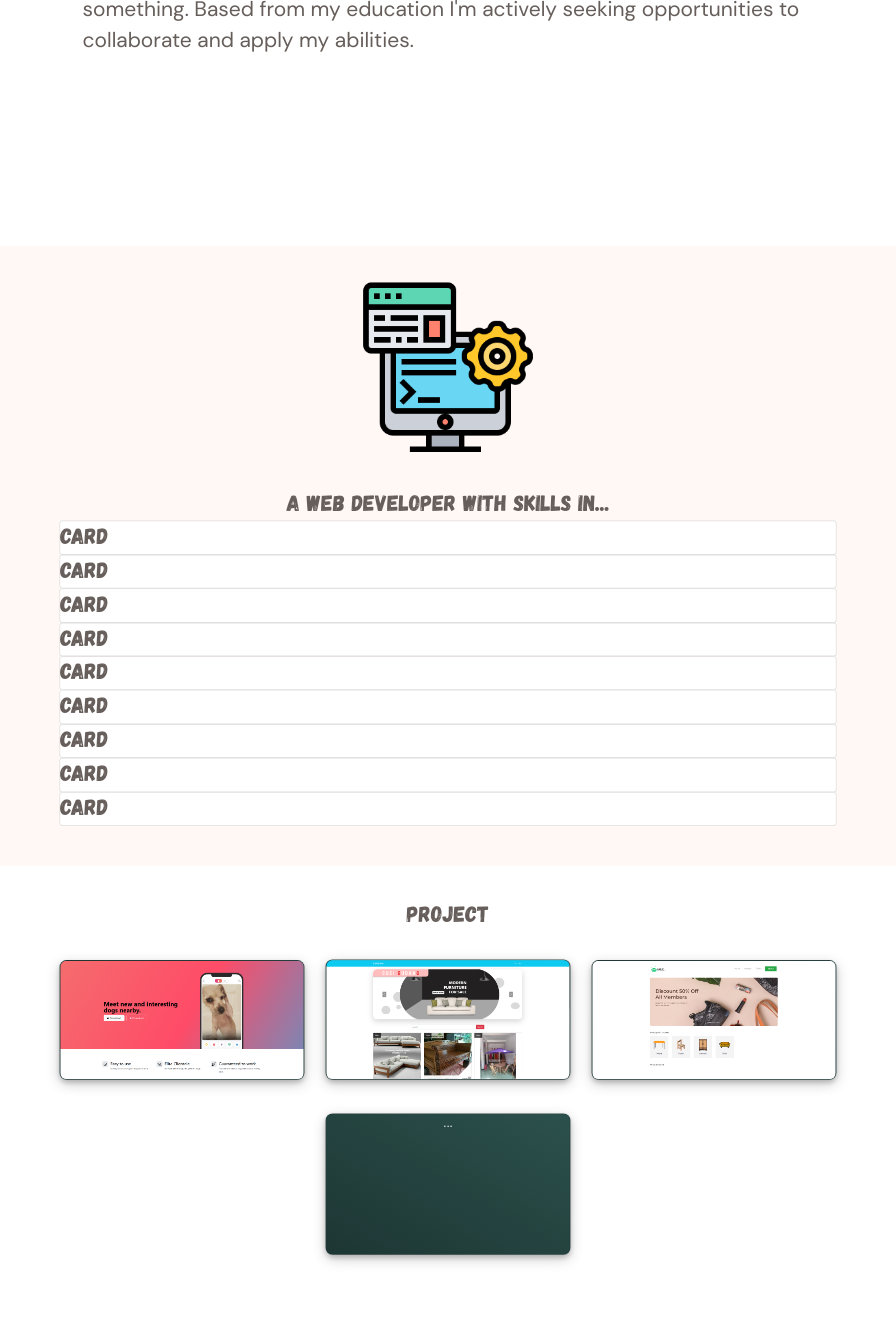
Repository: zetta-muhammad-asyrofuddien/Html-Css-ZettaCAmp
Page: Day1/Portofolio/index.html
These files come from the project's save history. The page is drawn as it stood at one moment and after the next save; the edit follows.
The browser window is 1280 px wide. The pictures show the part of the page from y = 1462 to 3382 px (the page is 3583 px tall), at 70% of full size.

Above is the page before, as saved 2023-07-07 07:01:58.

### Day1/Portofolio/index.html
<!DOCTYPE html>
<html lang="en">
  <head>
    <meta charset="utf-8" />
    <meta name="viewport" content="width=device-width, initial-scale=1" />
    <title>Portofolio Asyrof</title>
    <link href="https://cdn.jsdelivr.net/npm/bootstrap@5.2.3/dist/css/bootstrap.min.css" rel="stylesheet" integrity="sha384-rbsA2VBKQhggwzxH7pPCaAqO46MgnOM80zW1RWuH61DGLwZJEdK2Kadq2F9CUG65" crossorigin="anonymous" />
    <link rel="stylesheet" href="https://cdn.jsdelivr.net/npm/bootstrap@4.6.2/dist/css/bootstrap.min.css" integrity="sha384-xOolHFLEh07PJGoPkLv1IbcEPTNtaed2xpHsD9ESMhqIYd0nLMwNLD69Npy4HI+N" crossorigin="anonymous" />
    <link rel="stylesheet" type="text/css" href="./syle.css" />
  </head>
  <body>
    <!-- NAVBAR -->
    <section class="N">
      <div class="container">
        <nav class="navbar navbar-expand-lg navbar-light fixed-top navbar-about">
          <div class="container-fluid">
            <button class="navbar-toggler" type="button" data-bs-toggle="collapse" data-bs-target="#navbarNav" aria-controls="navbarNav" aria-expanded="false" aria-label="Toggle navigation">
              <span class="navbar-toggler-icon"></span>
            </button>
            <div class="collapse navbar-collapse" id="navbarNav">
              <ul class="navbar-nav mx-auto">
                <li class="nav-item">
                  <a class="nav-link" aria-current="page" href="#about">A b o u t</a>
                </li>
                <li class="nav-item">
                  <a class="nav-link" href="#skill">S K I L L S</a>
                </li>
                <li class="nav-item">
                  <a class="nav-link" href="#project">P r o j e c t</a>
                </li>
                <li class="nav-item">
                  <a class="nav-link" href="#">C o n t a c t</a>
                </li>
              </ul>
            </div>
          </div>
        </nav>
      </div>
    </section>

    <!-- Akhir Navbar -->

    <!-- Jumbotron -->
    <div class="jumbotron jumbotron-fluid text-align-center">
      <div class="container">
        <h1 class="display-3 nama">I'm Asyrofuddien</h1>
        <p class="lead job">Web Developer & UI/UX Desainer.</p>
        <a class="btn btn-primary see" href="#about">YOU CAN SEE ME</a>
      </div>
    </div>
    <!-- Akhir Jumbotron -->

    <!-- About -->
    <section id="about">
      <div class="container mb-5 py-auto about">
        <div class="d-flex align-items-center about-kanan text-center">
          <div class="row align-items-center">
            <img class="foto" src="./asset/img/foto.jpeg" alt="" />
            <h2 class="mb-5" style="color: #665e5a">WHO AM I ?</h2>
            <p class="deskripsi-saya px-5 text-left">
              Hello, My name is Muhammad Asyrofuddien. Final year student of informatic at Universitas Teknologi Yogyakarta, my major from college is web and mobile developer learn about how to make a web from nothing so something. Based
              from my education I'm actively seeking opportunities to collaborate and apply my abilities.
            </p>
          </div>
        </div>
      </div>
    </section>
    <!-- Akhir About -->
    <!-- Skill -->
    <section class="skill" id="skill">
      <div class="container">
        <div class="d-flex justify-content-center">
          <img class="mt-5" src="./asset/img/skill.png" alt="" width="250px" height="250px" />
        </div>
        <h2 class="text-center mt-5">A WEB Developer with skills in...</h2>
        <div class="scrolling-wrapper">
          <div class="card"><h2>Card</h2></div>
          <div class="card"><h2>Card</h2></div>
          <div class="card"><h2>Card</h2></div>
          <div class="card"><h2>Card</h2></div>
          <div class="card"><h2>Card</h2></div>
          <div class="card"><h2>Card</h2></div>
          <div class="card"><h2>Card</h2></div>
          <div class="card"><h2>Card</h2></div>
          <div class="card"><h2>Card</h2></div>
        </div>
      </div>
    </section>
    <!-- Akhir Skill -->
    <!-- Project -->
    <section class="project" id="project">
      <h2 class="text-center pt-5">Project</h2>
      <div class="container mt-5">
        <div class="row">
          <div class="col-4 d-flex align-items-center">
            <div class="card text-bg-dark" style="height: auto">
              <a href="https://asyrofuddien.github.io/capstone-ThinDog/">
                <span class="circle"></span>
                <img src="./asset/img/thindog.png" class="card-img" alt="..." />
                <div class="card-img-overlay text-center d-flex align-items-center">
                  <p class="card-text">Capstone Project Form Udemy</p>
                </div>
              </a>
            </div>
          </div>
          <div class="col-4 d-flex align-items-center">
            <div class="card text-bg-dark" style="height: auto">
              <a href="http://127.0.0.1:8000">
                <span class="circle"></span>
                <img src="./asset/img/Kameubel1.png" class="card-img" alt="..." />
                <div class="card-img-overlay text-center d-flex align-items-center">
                  <p class="card-text">K A M E U B E L (Seminar Tematik)</p>
                </div>
              </a>
            </div>
          </div>
          <div class="col-4 d-flex align-items-center">
            <div class="card text-bg-dark" style="height: auto">
              <a href="http://127.0.0.1:8000">
                <span class="circle"></span>
                <img src="./asset/img/kameubel2.png" class="card-img" alt="..." />
                <div class="card-img-overlay text-center d-flex align-items-center">
                  <p class="card-text">K A M E U B E L (Tugas Akhir)</p>
                </div>
              </a>
            </div>
          </div>
        </div>
        <div class="row mt-5">
          <div class="col-4 d-flex align-items-center"></div>
          <div class="col-4 d-flex align-items-center">
            <div class="card text-bg-dark" style="height: auto">
              <a href="https://asyrofuddien.github.io/capstone-ThinDog/"><span class="circle"></span></a>
              <span class="commingsoon text-center">...</span>
              <div class="card-img-overlay text-center d-flex align-items-center">
                <p class="card-text">COMING SOON</p>
              </div>
            </div>
          </div>
          <div class="col-4 d-flex align-items-center"></div>
        </div>
      </div>
    </section>
    <!-- Akhir Project -->
    <script src="https://cdn.jsdelivr.net/npm/@popperjs/core@2.11.6/dist/umd/popper.min.js" integrity="sha384-oBqDVmMz9ATKxIep9tiCxS/Z9fNfEXiDAYTujMAeBAsjFuCZSmKbSSUnQlmh/jp3" crossorigin="anonymous"></script>
    <script src="https://cdn.jsdelivr.net/npm/bootstrap@5.2.3/dist/js/bootstrap.min.js" integrity="sha384-cuYeSxntonz0PPNlHhBs68uyIAVpIIOZZ5JqeqvYYIcEL727kskC66kF92t6Xl2V" crossorigin="anonymous"></script>
  </body>
</html>
<script>
  // Menangani peristiwa klik pada menu navbar
  document.addEventListener('DOMContentLoaded', function () {
    const navLinks = document.querySelectorAll('.navbar-nav .nav-link');

    navLinks.forEach(function (navLink) {
      navLink.addEventListener('click', function (event) {
        event.preventDefault();

        const targetId = this.getAttribute('href'); // Mendapatkan ID target dari atribut href
        const targetSection = document.querySelector(targetId); // Mendapatkan elemen target dengan ID yang sesuai

        if (targetSection) {
          // Menggulirkan halaman ke bagian yang sesuai dengan animasi smooth scroll
          window.scrollTo({
            top: targetSection.offsetTop,
            behavior: 'smooth',
          });
        }
      });
    });
  });
  document.addEventListener('DOMContentLoaded', function () {
    const navbar = document.querySelector('.navbar');
    const aboutSection = document.querySelector('#about');
    const aboutSectionTop = aboutSection.offsetTop;

    function handleScroll() {
      if (window.pageYOffset >= aboutSectionTop) {
        navbar.classList.add('navbar-about');
      } else {
        navbar.classList.remove('navbar-about');
      }
    }

    window.addEventListener('scroll', handleScroll);
  });
</script>

### Day1/Portofolio/syle.css
@font-face {
  font-family: Gagalin;
  src: url(./asset/font/Gagalin-Regular.otf);
}
@font-face {
  font-family: Shrikhand;
  src: url(./asset/font/Shrikhand-Regular.ttf);
}
@font-face {
  font-family: dmSans;
  src: url(./asset/font/DMSans-Regular.ttf);
}
/* UMUM */
.navbar-about {
  background-color: #cf9378 !important;
  margin-bottom: 0;
  box-shadow: 0 4px 8px 0 rgba(0, 0, 0, 0.2), 0 6px 20px 0 rgba(0, 0, 0, 0.19);
  transition: background-color 0.3s ease;
  border-radius: 0 0 20px 20px;
}

.navbar-brand {
  font-family: Gagalin;
}
.navbar {
  border: none;
}
.nav-link {
  font-family: Gagalin;
  color: white;
  margin-right: 20px;
}

.jumbotron {
  background-image: url(./asset/img/wave.svg);
  background-size: cover;
  height: 885px;
  margin-top: -5px;
  margin-bottom: 0;
  border: none;
  text-align: center;
  box-shadow: 0 4px 8px 0 rgba(0, 0, 0, 0.2), 0 6px 20px 0 rgba(0, 0, 0, 0.19);
}

.nama {
  font-family: Shrikhand;
  color: white;
  text-align: center;
  margin-top: 150px;
  text-shadow: 2px 2px #fcca87;
}

.job {
  font-family: Shrikhand;
  color: #665e5a;
  text-align: center;
}
.see {
  background-color: #f89f7b;
  border-color: white;
  color: #fcca87;
  font-family: Shrikhand;
}
.see:hover {
  background-color: #665e5a;
  border-color: #fcca87;
}
h2.about {
  font-family: Gagalin;
}
section.who {
  background-color: #fff9f7;
  margin-top: 0%;
}
.about {
  height: 885px;
}
.about-kiri {
  border-radius: 0 10% 10% 0;
  text-shadow: 2px 2px #fcca87;
}
.about-kanan {
  font-family: Gagalin;
  text-align: center;
}
.deskripsi-saya {
  font-family: dmSans;
  font-size: 30px;
  margin-right: 20px;
  color: #665e5a;
}
.nav-link:hover::after {
  content: '';
  display: block;
  border-bottom: 3px solid #fcca87;
  width: 50%;
  margin: auto;
}
.foto {
  border-radius: 50%;
  height: 200px;
  width: 200px;
  align-items: center;
  margin: 0 auto;
  margin-top: 100px;
  margin-bottom: 50px;
}
.project {
  height: 885px;
}
.skill {
  background-color: #fff8f5;
  height: 885px;
}
.skill h2 {
  font-family: Gagalin;
  color: #665e5a;
}
.project h2 {
  font-family: Gagalin;
  color: #665e5a;
}
.project .card {
  height: 200px;
  width: 350px;
  background-image: linear-gradient(to right top, #1d3634, #2c514c);
  border-radius: 10px;
  overflow: hidden;
  position: relative;
  cursor: pointer;
  box-shadow: 0 4px 8px 0 rgba(0, 0, 0, 0.2), 0 6px 20px 0 rgba(0, 0, 0, 0.19);
}

.project .card .circle {
  position: absolute;
  height: 0;
  width: 0;
  background-color: #000000;
  opacity: 0.5;
  top: -60px;
  right: -60px;
  transition: all 0.5s;
}

.project.card:hover {
  transform: scale(1.1);
  transition: all 0.5s;
}
.project .card:hover .circle {
  height: 300px;
  width: 450px;
}
.card-img-overlay {
  opacity: 0;
  color: #ffffff;
  font-family: Shrikhand;
}
.card-img-overlay:hover {
  opacity: 100%;
  transition: all 0.5s;
}
.commingsoon {
  height: 200px;
}

/* DESKTOP VERSION */
@media (min-width: 992px) {
  /* Navbar */
}

### Day1/Portofolio/asset/img/wave.svg
<svg xmlns="http://www.w3.org/2000/svg" xmlns:xlink="http://www.w3.org/1999/xlink" width="1700" zoomAndPan="magnify" viewBox="0 0 1350 576" height="768" preserveAspectRatio="xMidYMid meet" version="1.0"><defs><clipPath id="88280995c8"><path d="M 0 269.25 L 1350 269.25 L 1350 576 L 0 576 Z M 0 269.25 " clip-rule="nonzero"/></clipPath></defs><rect x="-135" width="1620" fill="#ffffff" y="-57.6" height="691.2" fill-opacity="1"/><rect x="-135" width="1620" fill="#ffffff" y="-57.6" height="691.2" fill-opacity="1"/><rect x="-135" width="1620" fill="#cf9378" y="-57.6" height="691.2" fill-opacity="1"/><g clip-path="url(#88280995c8)"><path fill="#f89f7b" d="M 1413.945312 766.777344 L 1413.945312 429.453125 C 1392.21875 457.429688 1362.003906 480.527344 1328.867188 472.859375 C 1310.898438 468.695312 1296.257812 455.992188 1282.980469 443.210938 C 1245.734375 407.332031 1212.539062 367.136719 1172.433594 334.488281 C 1132.328125 301.84375 1083.167969 276.609375 1031.457031 277.875 C 979.046875 279.15625 931.078125 307.195312 889.472656 339.082031 C 847.867188 370.96875 809.414062 407.820312 762.789062 431.769531 C 700.933594 463.539062 626.5625 470.058594 560.113281 449.53125 C 452.628906 416.339844 374.265625 319.257812 267.050781 285.226562 C 230.175781 273.535156 191.179688 269.78125 152.492188 269.9375 C 121.945312 270.050781 90.679688 272.757812 62.820312 285.265625 C 29.9375 300.035156 4.472656 327.175781 -25.199219 347.640625 C -36.84375 355.675781 -50.003906 362.664062 -63.632812 367.253906 L -63.632812 766.796875 L 1413.945312 766.796875 Z M 1413.945312 766.777344 " fill-opacity="1" fill-rule="nonzero"/></g><path fill="#fcca87" d="M 1287.496094 584.535156 C 1259.617188 597.046875 1228.367188 599.75 1197.820312 599.867188 C 1159.136719 600.023438 1120.140625 596.289062 1083.265625 584.574219 C 976.050781 550.546875 897.6875 453.460938 790.199219 420.269531 C 723.753906 399.746094 649.378906 406.28125 587.527344 438.035156 C 540.898438 461.984375 502.449219 498.832031 460.84375 530.722656 C 419.238281 562.609375 371.265625 590.644531 318.855469 591.929688 C 267.144531 593.195312 217.988281 567.980469 177.882812 535.3125 C 137.773438 502.667969 104.582031 462.46875 67.335938 426.59375 C 54.058594 413.792969 39.417969 401.085938 21.449219 396.945312 C -11.6875 389.277344 -41.902344 412.371094 -63.632812 440.347656 L -63.632812 766.777344 L 1413.925781 766.777344 L 1413.925781 502.570312 C 1400.296875 507.160156 1387.136719 514.144531 1375.496094 522.179688 C 1345.84375 542.648438 1320.378906 569.769531 1287.496094 584.535156 Z M 1287.496094 584.535156 " fill-opacity="1" fill-rule="nonzero"/></svg>

After the next save:
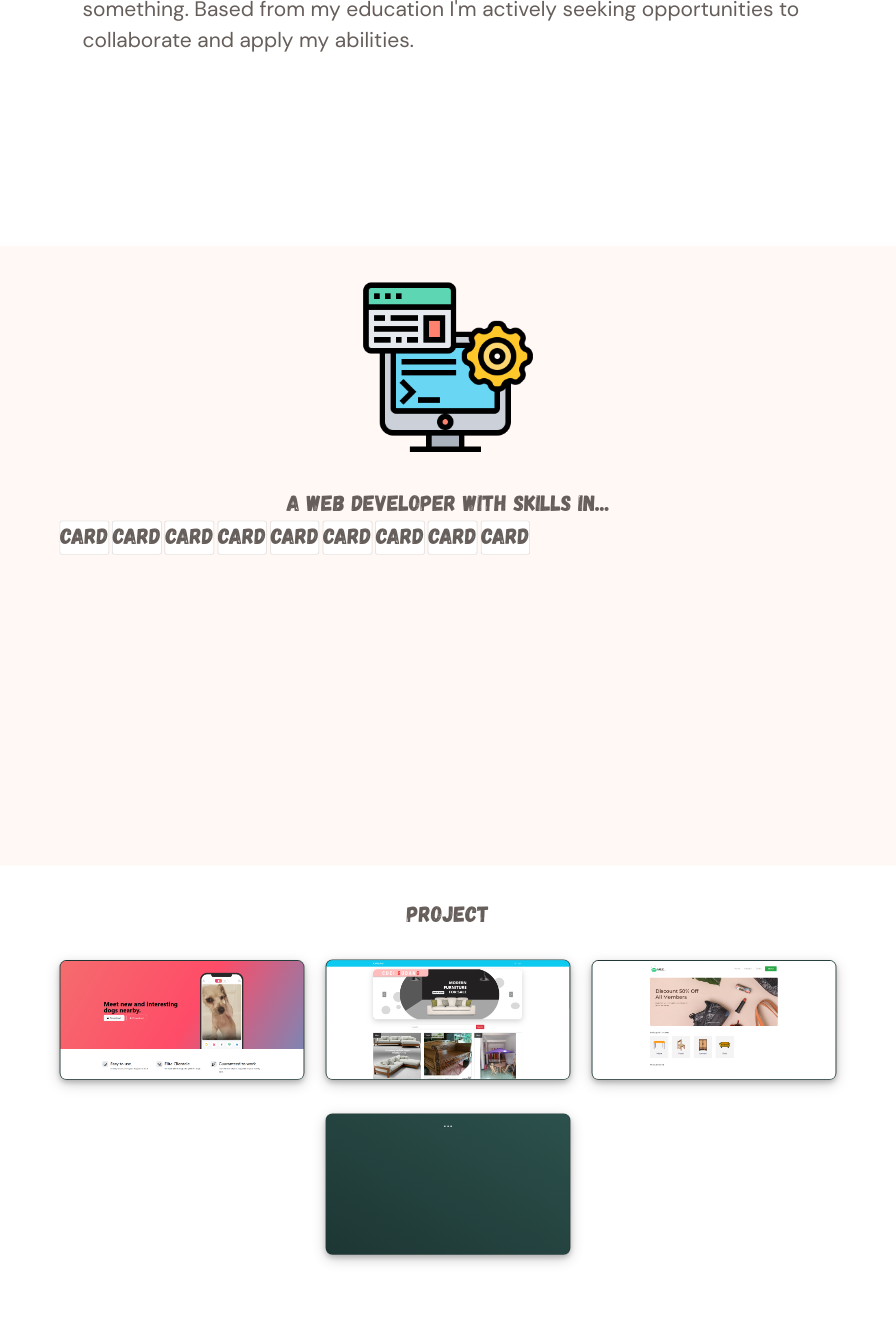
Saved 7 s later.
--- a/Day1/Portofolio/syle.css
+++ b/Day1/Portofolio/syle.css
@@ -162,7 +162,15 @@
 .commingsoon {
   height: 200px;
 }
+.scrolling-wrapper {
+  overflow-x: scroll;
+  overflow-y: hidden;
+  white-space: nowrap;
 
+  .card {
+    display: inline-block;
+  }
+}
 /* DESKTOP VERSION */
 @media (min-width: 992px) {
   /* Navbar */
